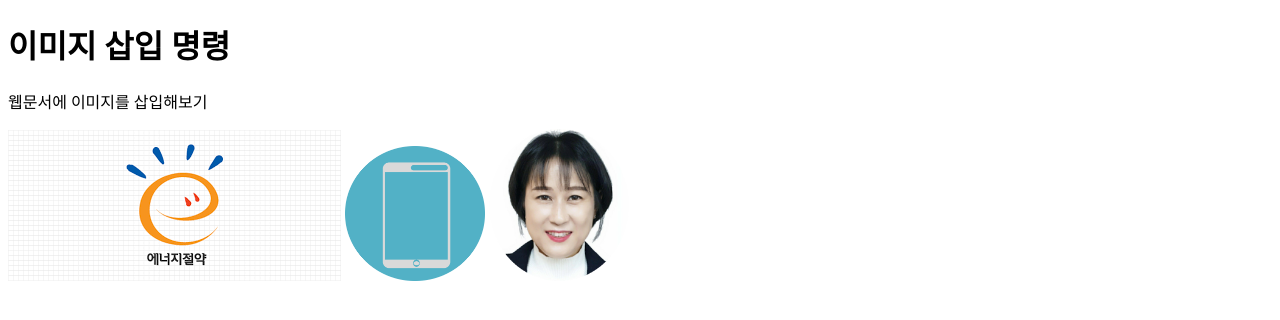
Repository: kmh9964/view
Page: workspace/studyhtml5/src/htmltags03.html
The author's editor kept a copy of each file at every save. The page is drawn from the files as they stood at one save, then again after the next save.
The browser window is 1280 px wide. The pictures show the whole page.

Above is the page before, as saved 2022-12-14 06:34:52.

After the next save:
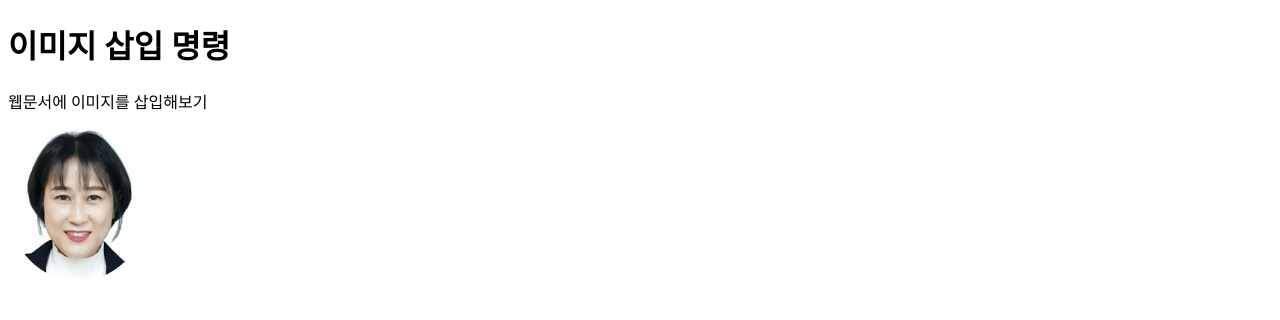
Saved 78 s later.
--- a/workspace/studyhtml5/src/htmltags03.html
+++ b/workspace/studyhtml5/src/htmltags03.html
@@ -4,13 +4,11 @@
 	<meta charset="UTF-8" />
 	<meta http-equiv="X-UA-Compatible" content="IE=Edge" />
 	<meta name="viewport" content="width=device-width, initial-scale=1.0">
-	<title>문서에 이미지 요소 삽입하기</title>
+	<title>자바 백엔드 개발자 프로필</title>
 </head>
 <body>
 	<h1>이미지 삽입 명령</h1>
 	<p>웹문서에 이미지를 삽입해보기</p>
-	<img src="images/energy.png" alt="에너지 마크">
-	<img src="images/call.png" alt="전화걸기" width="140">
-	<img src="images/photo.png" alt="사진" width="140">
+ 	<img src="images/photo.png" alt="사진" width="140">
 </body>
 </html>
